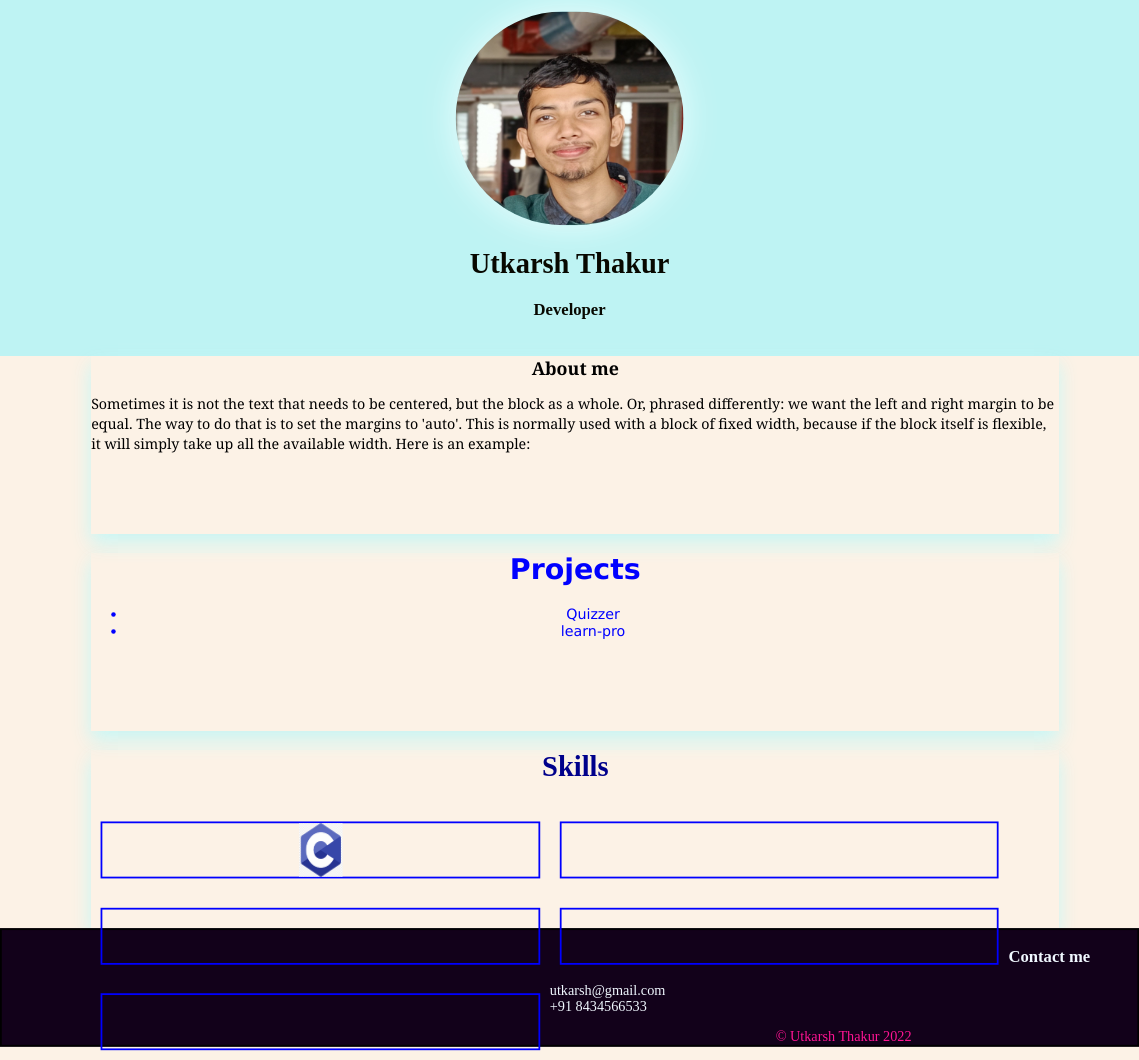
Repository: UtkarshThakur321/Utkarsh-Thakur-Profile
Page: index.html
An editor plug-in stored every save of this project. The page is shown before and after the next save, followed by the edit.
The browser window is 1280 px wide. The pictures show the whole page, at 89% of full size.

Above is the page before, as saved 2022-01-23 00:05:26.
Not found: main.js

After the next save:
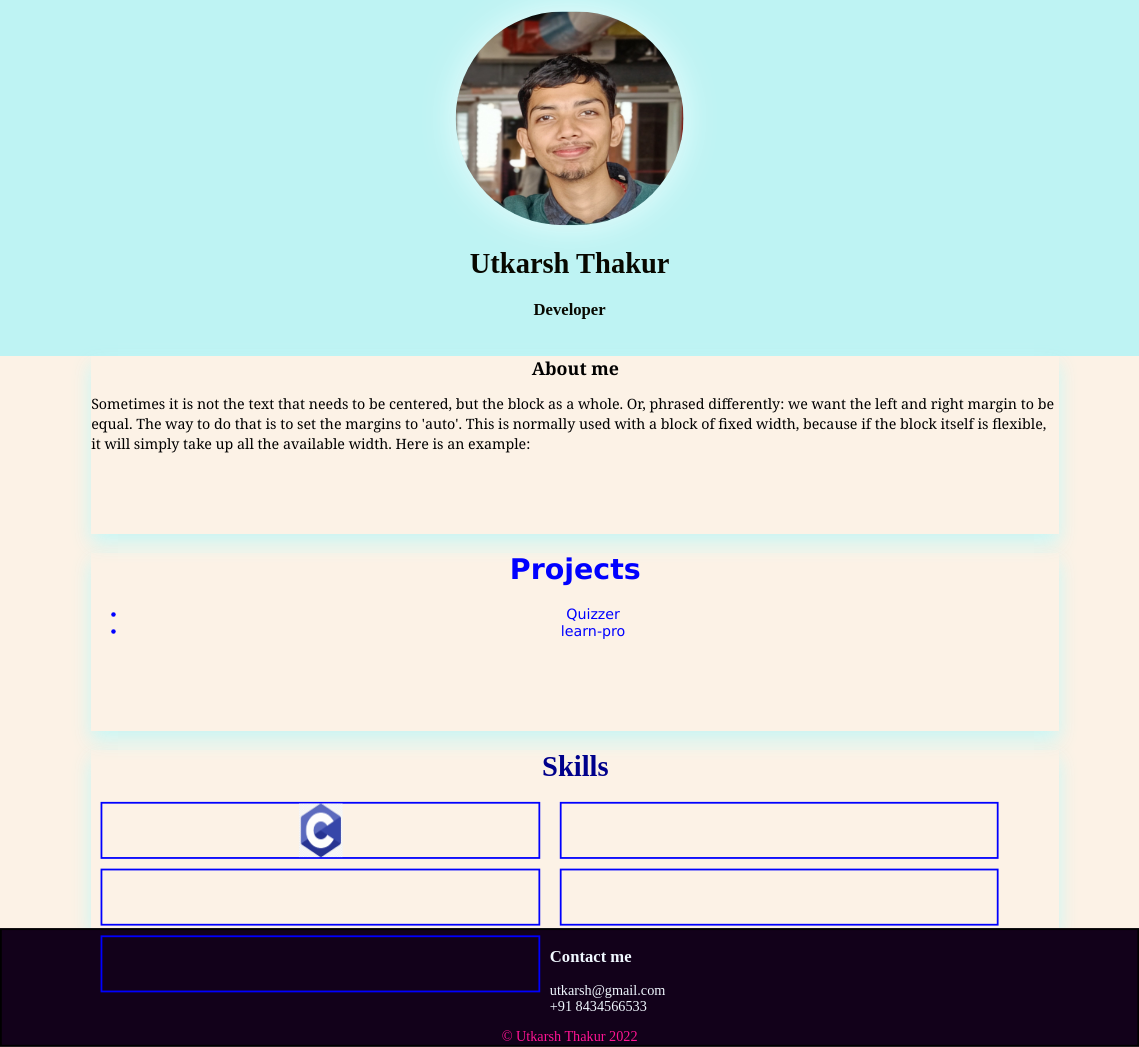
Saved 62 s later.
--- a/index.css
+++ b/index.css
@@ -78,7 +78,7 @@ body{
 }
 .skillsContent{
     height:60px;
-    margin:2% 1% 1%;
+    margin:0% 1% 1%;
     width:45%;
     float:left;
 
